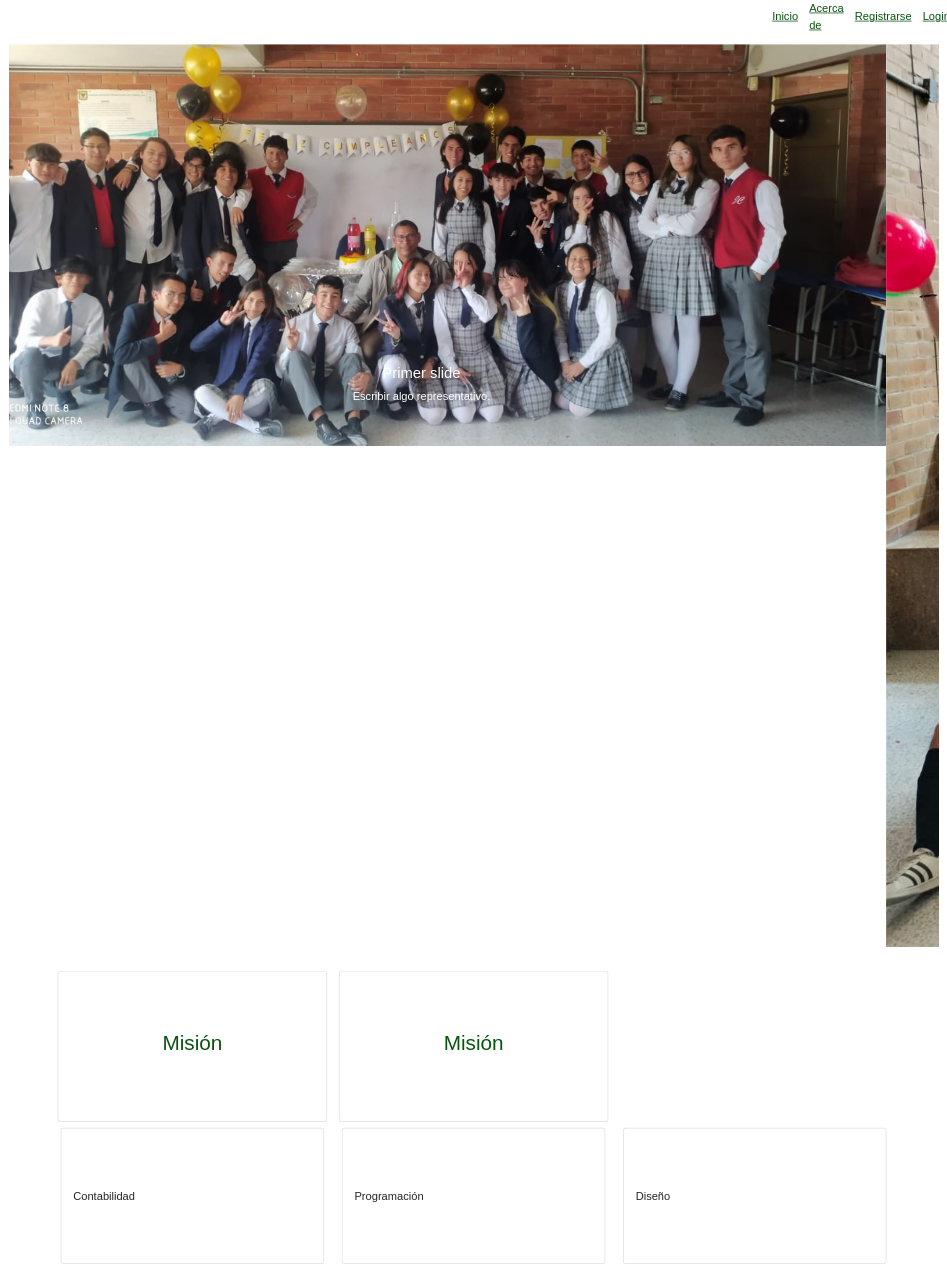
Repository: AntonnySant/webColegio
Page: index.html
The author's editor kept a copy of each file at every save. The page is drawn from the files as they stood at one save, then again after the next save.
The browser window is 1280 px wide. The pictures show the whole page, at 74% of full size.

Above is the page before, as saved 2023-10-17 17:17:27.
Console error: TypeError: Cannot set properties of null (setting 'onclick')

### index.html
<!DOCTYPE html>
<html lang="en">

<head>
    <meta charset="UTF-8">
    <meta http-equiv="X-UA-Compatible" content="IE=edge">
    <meta name="viewport" content="width=device-width, initial-scale=1.0">
    <!-- Compiled and minified CSS -->
    <link href="https://cdn.jsdelivr.net/npm/bootstrap@5.0.2/dist/css/bootstrap.min.css" rel="stylesheet"
        integrity="sha384-EVSTQN3/azprG1Anm3QDgpJLIm9Nao0Yz1ztcQTwFspd3yD65VohhpuuCOmLASjC" crossorigin="anonymous">
    <link rel="stylesheet" type="text/css" href="./styles.css">

    <title>Document</title>
</head>

<body>
    <header class="header">
        <!-- <img src="https://juandelcorral.edu.co/wp-content/uploads/2023/03/escudo_2019_verde_fondo-670x1024.png"
            id="img_logo" alt="">
        <p>COLEGIO I.T.D. JUAN DEL CORRAL I.E.D.</p> -->
        <nav>
            <ul class="nav-right-section">
                <li><a href="#">Inicio</a></li>
                <li><a href="#">Acerca de</a></li>
                <li><a href="#">Registrarse</a>
                    <!-- <button id="openModal">Registrarse</button>
                    <div id="registrationModal" class="modal">
                        <div class="modal-content">
                            <span class="close" id="closeModal">&times;</span>
                            <h2>Registro</h2>
                            <form>
                                <label for="username">Nombre de usuario:</label>
                                <input type="text" id="username" name="username" required>
                                <label for="password">Contraseña:</label>
                                <input type="password" id="password" name="password" required>
                                <button type="submit">Registrarse</button>
                            </form>
                        </div>
                    </div> -->
                </li>
                <li><a href="#">Login</a>
                    <!-- <button id="openModalBtn">Iniciar sesión</button>
                    <div id="loginModal" class="modal">
                        <div class="modal-content">
                            <span class="close" id="closeModalBtn">&times;</span>
                            <h2>Iniciar sesión</h2>
                            <form>
                                <input type="text" placeholder="Usuario">
                                <input type="password" placeholder="Contraseña">
                                <button type="submit">Iniciar sesión</button>
                            </form>
                        </div>
                    </div> -->
                </li>
            </ul>
        </nav>
    </header>






    <div class="container-fluid">
        <!-- Carrosul dinamico con las 4 imagenes  -->
        <!-- <div class="container"> -->
        <div class="row py-4">
            <div id="carrusel" class="carousel slide" data-bs-ride="carousel">
                <div class="carousel-indicators">
                    <button type="button" data-bs-target="#carouselExampleCaptions" data-bs-slide-to="0" class="active"
                        aria-current="true" aria-label="Slide 1"></button>
                    <button type="button" data-bs-target="#carouselExampleCaptions" data-bs-slide-to="1"
                        aria-label="Slide 2"></button>
                    <button type="button" data-bs-target="#carouselExampleCaptions" data-bs-slide-to="2"
                        aria-label="Slide 3"></button>
                    <button type="button" data-bs-target="#carouselExampleCaptions" data-bs-slide-to="3"
                        aria-label="Slide 4"></button>
                </div>
                <div class="carousel-inner">
                    <div class="carousel-item active">
                        <img src="foto1.jpeg" class="d-block w-100 img-fluid" alt="...">
                        <div class="carousel-caption d-none d-md-block">
                            <h5>Primer slide</h5>
                            <p>Escribir algo representativo.</p>
                        </div>
                    </div>
                    <div class="carousel-item">
                        <img src="foto2.jpeg" class="d-block w-100 img-fluid" alt="...">
                        <div class="carousel-caption d-none d-md-block">
                            <h5>Segundo slide</h5>
                            <p>Escribir algo representativo.</p>
                        </div>
                    </div>

                    <div class="carousel-item">
                        <img src="foto3.jpeg" class="d-block w-100 img-fluid" alt="...">
                        <div class="carousel-caption d-none d-md-block">
                            <h5>Tercer slide</h5>
                            <p>Escribir algo representativo.</p>
                        </div>
                    </div>

                    <div class="carousel-item">
                        <img src="foto4.jpeg" class="d-block w-100 img-fluid" alt="...">
                        <div class="carousel-caption d-none d-md-block">
                            <h5>Cuarto slide</h5>
                            <p>Escribir algo representativo.</p>
                        </div>
                    </div>
                </div>
                <button class="carousel-control-prev" type="button" data-bs-target="#carouselExampleCaptions"
                    data-bs-slide="prev">
                    <span class="carousel-control-prev-icon" aria-hidden="true"></span>
                    <span class="visually-hidden">Previous</span>
                </button>
                <button class="carousel-control-next" type="button" data-bs-target="#carouselExampleCaptions"
                    data-bs-slide="next">
                    <span class="carousel-control-next-icon" aria-hidden="true"></span>
                    <span class="visually-hidden">Next</span>
                </button>
                <!-- </div> -->
            </div>
        </div>
        <!--Cierre carrusel-->

        <div class="container">
            <div class="row">
                <div class="col-xs-12 col-md-4 p-2">
                    <div class="card">

                        <a href="#" data-bs-toggle="modal" data-bs-target="#exampleModal" class="btn-card">
                            <div class="card-body">

                                <!-- Button trigger modal -->

                                <h3>Misión</h3>


                                <!-- Modal -->
                                <div class="modal fade" id="exampleModal" tabindex="-1"
                                    aria-labelledby="exampleModalLabel" aria-hidden="true">
                                    <div class="modal-dialog">
                                        <div class="modal-content">
                                            <div class="modal-header">
                                                <h5 class="modal-title" id="exampleModalLabel">Modal title</h5>
                                                <button type="button" class="btn-close" data-bs-dismiss="modal"
                                                    aria-label="Close"></button>
                                            </div>
                                            <div class="modal-body">
                                                ...
                                            </div>
                                            <div class="modal-footer">
                                                <button type="button" class="btn btn-secondary"
                                                    data-bs-dismiss="modal">Close</button>
                                                <button type="button" class="btn btn-primary">Save changes</button>
                                            </div>
                                        </div>
                                    </div>
                                </div>
                            </div>
                        </a>
                    </div>
                </div>
                <div class="col-xs-12 col-md-4 p-2">
                    <div class="card">

                        <a href="#" data-bs-toggle="modal" data-bs-target="#exampleModal" class="btn-card">
                            <div class="card-body">

                                <!-- Button trigger modal -->

                                <h3>Misión</h3>


                                <!-- Modal -->
                                <div class="modal fade" id="exampleModal" tabindex="-1"
                                    aria-labelledby="exampleModalLabel" aria-hidden="true">
                                    <div class="modal-dialog">
                                        <div class="modal-content">
                                            <div class="modal-header">
                                                <h5 class="modal-title" id="exampleModalLabel">Modal title</h5>
                                                <button type="button" class="btn-close" data-bs-dismiss="modal"
                                                    aria-label="Close"></button>
                                            </div>
                                            <div class="modal-body">
                                                ...
                                            </div>
                                            <div class="modal-footer">
                                                <button type="button" class="btn btn-secondary"
                                                    data-bs-dismiss="modal">Close</button>
                                                <button type="button" class="btn btn-primary">Save changes</button>
                                            </div>
                                        </div>
                                    </div>
                                </div>
                            </div>
                        </a>
                    </div>
                </div>
            </div>
        </div>

        <div class="container">
            <div class="row">
                <div class="col">
                    <div class="card">
                        <div class="card-body">
                            Contabilidad
                        </div>
                    </div>
                </div>
                <div class="col">
                    <div class="card">
                        <div class="card-body">
                            Programación
                        </div>
                    </div>
                </div>
                <div class="col">
                    <div class="card">
                        <div class="card-body">
                            Diseño
                        </div>
                    </div>
                </div>
            </div>
        </div>
    </div>

    <!-- Compiled and minified JavaScript -->
    <script src="https://cdn.jsdelivr.net/npm/bootstrap@5.0.2/dist/js/bootstrap.bundle.min.js"
        integrity="sha384-MrcW6ZMFYlzcLA8Nl+NtUVF0sA7MsXsP1UyJoMp4YLEuNSfAP+JcXn/tWtIaxVXM" crossorigin="anonymous">
    </script>
    <script src="script.js"></script>
</body>

</html>

### styles.css
/* styles.css */
/* Estilos para el encabezado */
body {
  margin: 0;
  padding: 0;
  font-size: 15px;
  font-family: Arial, Helvetica, sans-serif;
}

.btn-card {
  text-align: center;
  text-decoration: none;
  color: #07540E;
}

.btn-card:hover {
  color: black;
}

.card-body {
  padding: 5rem 1rem;
}

.carousel-indicators {
  z-index: 1;
}

.header {
  position: fixed;
  /* top: 0;
    left: 0; */
  width: 100%;
  height: 60px;
  background-color: white;
  /* padding: 10px 0; */
  z-index: 1;
}

header nav {
  display: flex;
  justify-content: flex-end;
}

header nav .nav-right-section {
  width: 250px;
  height: auto;
  display: flex;
  list-style: none;
  justify-content: center;
  align-items: center;
}

nav .nav-right-section a {
  /* text-decoration: none; */
  margin-right: 15px;
  color: #07540E;
}

/* .header ul {
    list-style: none;
    margin: 0;
    padding: 0;
    float: right;
    margin: 15px;
  }

  .header ul li {
    display: flex;
    margin-right: 20px;
  }

  .header ul li:last-child {
    margin-right: 0;
  } */

header p {
  margin-top: 15px;
  font-family: Arial, Helvetica, sans-serif;
  font-size: 36px;
  text-align: left;
  color: #07540E;

}

/* .content {
    margin-top: 60px;
  } */

#carrusel {
  /* z-index: -2; */
}

.modal {
  display: none;
  position: fixed;
  top: 0;
  left: 0;
  width: 100%;
  height: 100%;
  background-color: rgba(0, 0, 0, 0.5);
}

.modal-content {
  background-color: #fff;
  margin: 10% auto;
  padding: 20px;
  width: 300px;
  box-shadow: 0 4px 8px 0 rgba(0, 0, 0, 0.2);
}

.modal-backdrop {
  z-index: 0;
}

.close {
  float: right;
  font-size: 24px;
  cursor: pointer;
}

/* Estilos para el modal */
.modal {
  display: none;
  position: fixed;
  z-index: 1;
  left: 0;
  top: 0;
  width: 100%;
  height: 100%;
  background-color: rgba(0, 0, 0, 0.7);
}

.modal-content {
  background-color: #fefefe;
  margin: 10% auto;
  padding: 20px;
  border: 1px solid #888;
  width: 50%;
}

.close {
  float: right;
  font-size: 20px;
  cursor: pointer;
}

/* Estilos para el botón "Registrarse" */
#openModal {
  display: inline-block;
  padding: 10px 20px;
  background-color: #007bff;
  color: #fff;
  border: none;
  cursor: pointer;
}

/* Estilos para el formulario dentro del modal */
form {
  display: flex;
  flex-direction: column;
}

label,
input,
button {
  margin: 5px 0;
}

img {
  height: 600px;
}

#img_logo {
  width: 120px;
  height: 140px;
  float: left;
  margin: 15px;
  margin-top: 10px;
}


/* Añade estilos adicionales según tu preferencia */

### script.js
// script.js
document.getElementById("openModalBtn").onclick = function() {
    document.getElementById("loginModal").style.display = "block";
  }

  document.getElementById("closeModalBtn").onclick = function() {
    document.getElementById("loginModal").style.display = "none";
  }

  window.onclick = function(event) {
    if (event.target === document.getElementById("loginModal")) {
      document.getElementById("loginModal").style.display = "none";
    }
  }


const openModalButton = document.getElementById("openModal");
const closeModalButton = document.getElementById("closeModal");
const registrationModal = document.getElementById("registrationModal");

openModalButton.addEventListener("click", () => {
  registrationModal.style.display = "block";
});

closeModalButton.addEventListener("click", () => {
  registrationModal.style.display = "none";
});

window.addEventListener("click", (event) => {
  if (event.target === registrationModal) {
    registrationModal.style.display = "none";
  }
});

var myModal = document.getElementById('myModal')
var myInput = document.getElementById('myInput')

myModal.addEventListener('shown.bs.modal', function () {
  myInput.focus()
})

After the next save:
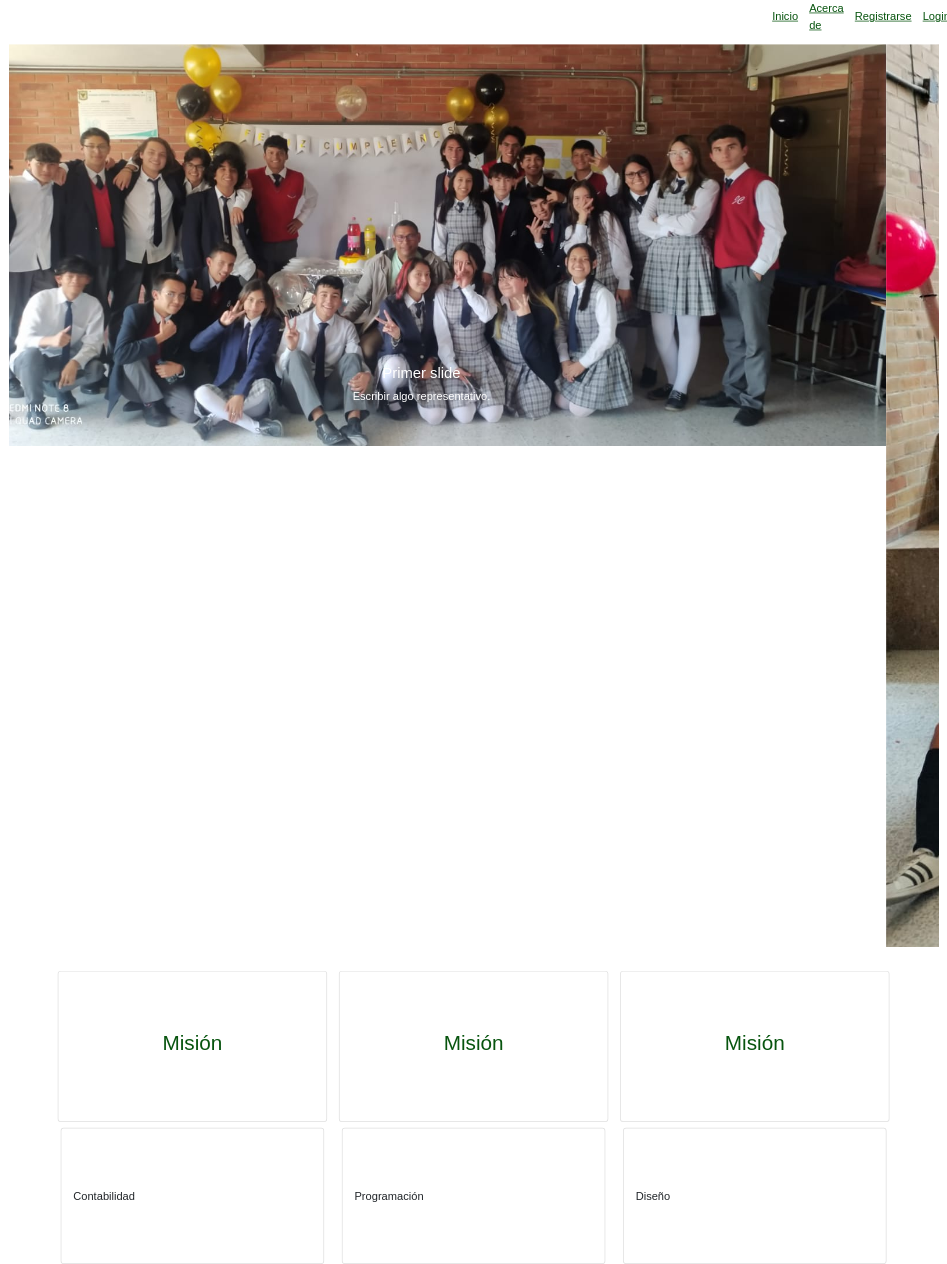
Saved 4 s later.
--- a/index.html
+++ b/index.html
@@ -197,6 +197,42 @@
                         </a>
                     </div>
                 </div>
+                <div class="col-xs-12 col-md-4 p-2">
+                    <div class="card">
+
+                        <a href="#" data-bs-toggle="modal" data-bs-target="#exampleModal" class="btn-card">
+                            <div class="card-body">
+
+                                <!-- Button trigger modal -->
+
+                                <h3>Misión</h3>
+
+
+                                <!-- Modal -->
+                                <div class="modal fade" id="exampleModal" tabindex="-1"
+                                    aria-labelledby="exampleModalLabel" aria-hidden="true">
+                                    <div class="modal-dialog">
+                                        <div class="modal-content">
+                                            <div class="modal-header">
+                                                <h5 class="modal-title" id="exampleModalLabel">Modal title</h5>
+                                                <button type="button" class="btn-close" data-bs-dismiss="modal"
+                                                    aria-label="Close"></button>
+                                            </div>
+                                            <div class="modal-body">
+                                                ...
+                                            </div>
+                                            <div class="modal-footer">
+                                                <button type="button" class="btn btn-secondary"
+                                                    data-bs-dismiss="modal">Close</button>
+                                                <button type="button" class="btn btn-primary">Save changes</button>
+                                            </div>
+                                        </div>
+                                    </div>
+                                </div>
+                            </div>
+                        </a>
+                    </div>
+                </div>
             </div>
         </div>
 
